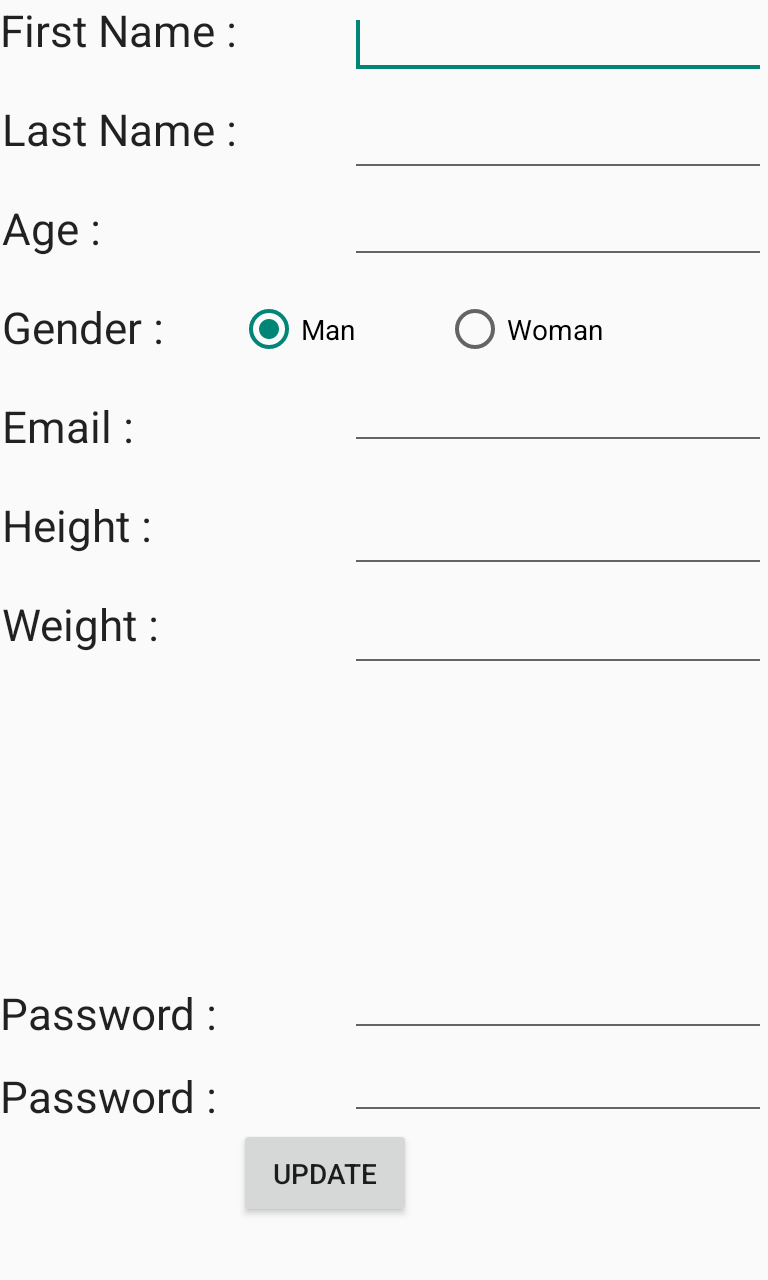
Repository: HAYKEL88/MASTER2_PFE
Layout: PFE_ANDROID/res/layout/activity_update_user.xml
These files come from the project's save history. The layout is drawn as it stood at one moment and after the next save; the edit follows.
It is drawn on a 768 x 1280 px phone screen (xhdpi) without system bars, with theme AppTheme; the app's code is not run.

Above is the layout before, as saved 2014-12-20 14:33:25.

After the next save:
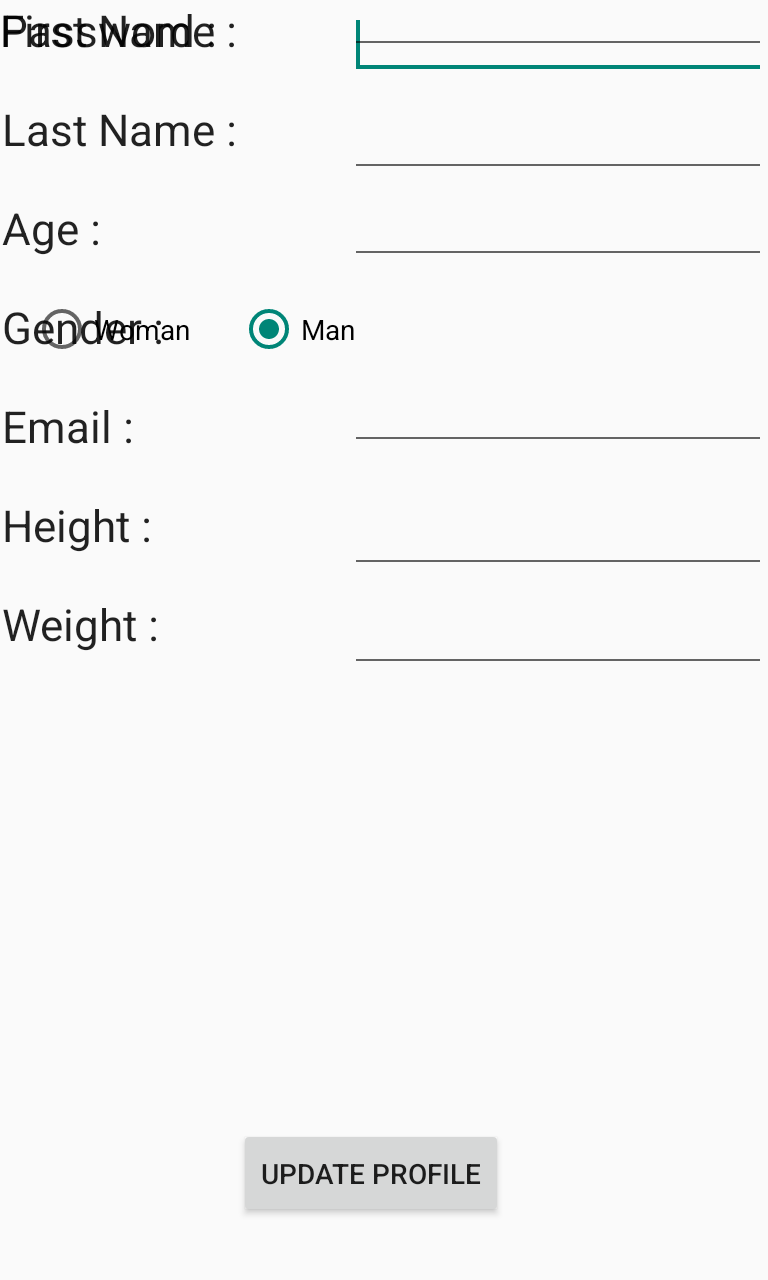
Saved 20 s later.
--- a/PFE_ANDROID/res/layout/activity_update_user.xml
+++ b/PFE_ANDROID/res/layout/activity_update_user.xml
@@ -153,13 +153,13 @@
         android:inputType="textEmailAddress" />
 
     <Button
-        android:id="@+id/btnsignup"
+        android:id="@+id/btnUpdateProfile"
         android:layout_width="wrap_content"
         android:layout_height="wrap_content"
         android:layout_above="@+id/tvResponse"
         android:layout_alignLeft="@+id/rbMan"
         android:onClick="add"
-        android:text="@string/button_update" />
+        android:text="@string/button_updateProfile" />
 
     <TextView
         android:id="@+id/TextView02"
